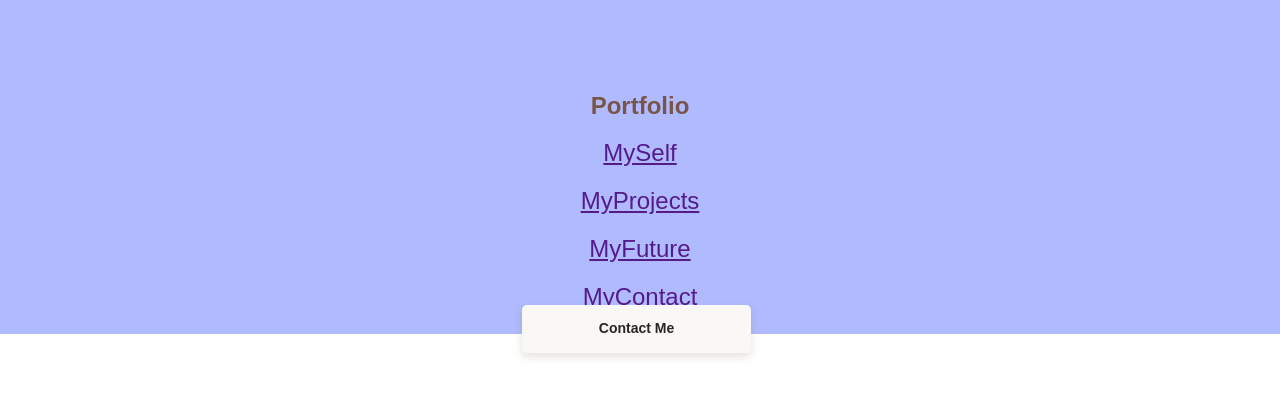
Repository: ChristianGecchelin/PortfolioOnline
Page: index.html
The author's editor kept a copy of each file at every save. The page is drawn from the files as they stood at one save, then again after the next save.
The browser window is 1280 px wide. The pictures show the whole page.

Above is the page before, as saved 2022-01-08 14:49:45.

After the next save:
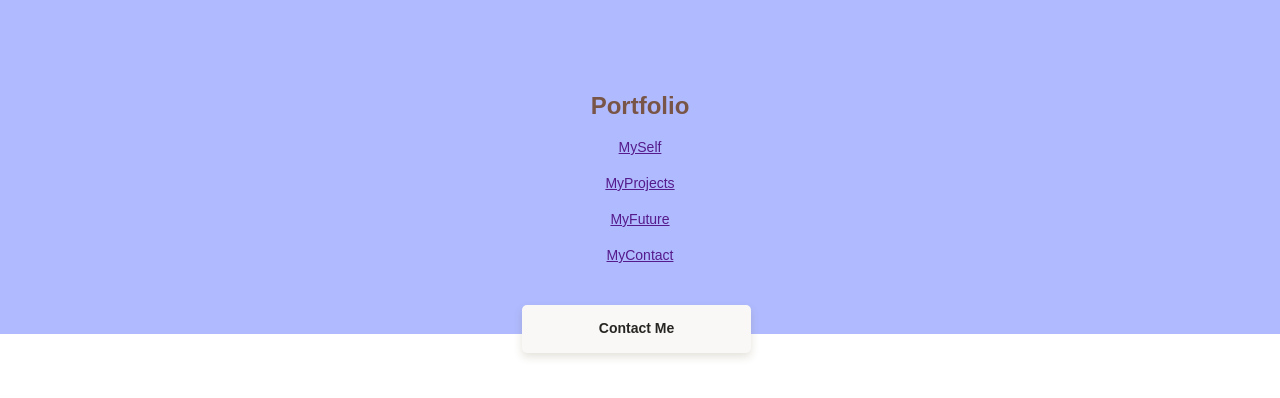
Saved 5 s later.
--- a/styles/styles.css
+++ b/styles/styles.css
@@ -53,7 +53,7 @@ header nav .list-container-link {
   list-style: none;
 }
 header nav .list-container-link a {
-  font-size: 2.4rem;
+  font-size: 1.4rem;
 }
 
 header nav .header--nav-button {
